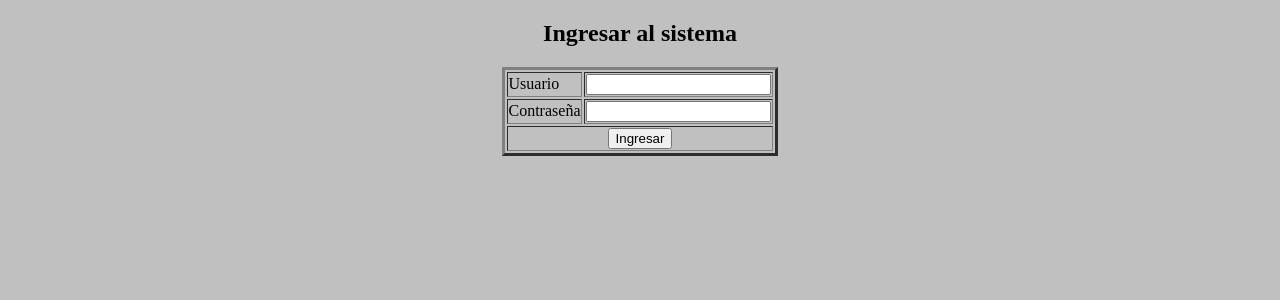
Repository: NayshaOCruz98/CL2ORTIZ
Page: http://localhost/LPII_CL2_ORTIZCRUZNAYSHA/
An editor plug-in stored every save of this project. The page is shown before and after the next save, followed by the edit.
The browser window is 1280 px wide. The pictures show the whole page.
The page is served by Tomcat 9. Other server files are loaded and not shown.

Above is the page before, as saved 2023-10-24 23:04:56.

### LPII_CL2_ORTIZCRUZNAYSHA/src/main/webapp/index.jsp
<%@ page language="java" contentType="text/html; charset=ISO-8859-1"
    pageEncoding="ISO-8859-1"%>

<!DOCTYPE html>
<html>
<head>
<meta http-equiv="Content-Type" content="text/html; charset=ISO-8859-1">
<title>Ventana Usuario</title>
</head>
<body bgcolor="#C0C0C0">
<h2 align="center">Ingresar al sistema</h2>

<form action="ControladorServlet" method="post">

<table align="center" border="3">
<tr>
<td>Usuario</td>
<td><input type="text" name="usuario"></td>
</tr>
<tr>
<td>Contraseña</td>
<td><input type="password" name="password"></td>
</tr>
<tr>
<td colspan="2" align="center">
<input type="submit" value="Ingresar"></td>
</td>
</tr>

</table>
</form>

</form>
</body>
</html>

After the next save:
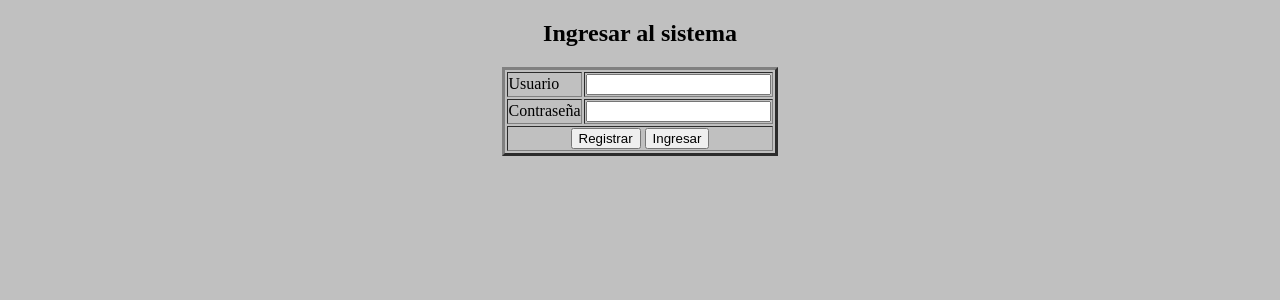
Saved 6 min 34 s later.
--- a/LPII_CL2_ORTIZCRUZNAYSHA/src/main/webapp/index.jsp
+++ b/LPII_CL2_ORTIZCRUZNAYSHA/src/main/webapp/index.jsp
@@ -23,6 +23,7 @@
 </tr>
 <tr>
 <td colspan="2" align="center">
+<input type="submit" value="Registrar" name="Registrar usuario">
 <input type="submit" value="Ingresar"></td>
 </td>
 </tr>
